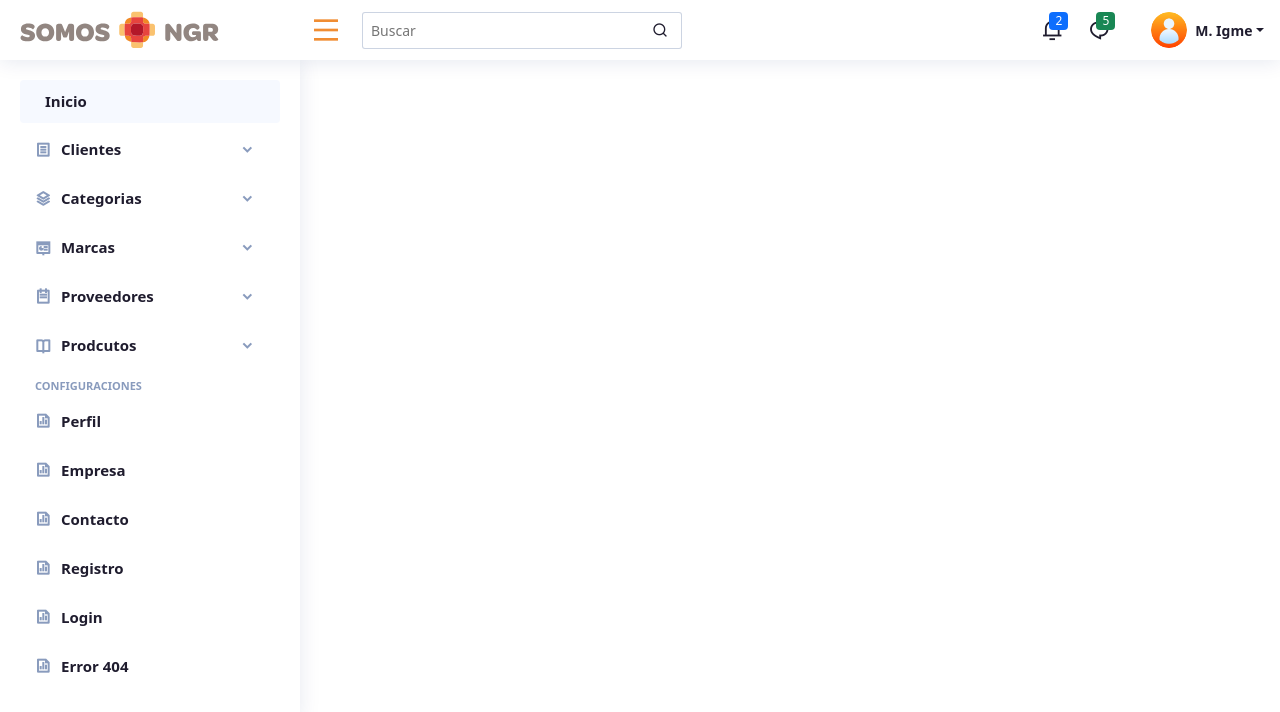
Repository: igmeMarcial/ProyectoLP-2023
Page: http://localhost/proyectoLP_2023/Main.jsp
These files come from the project's save history. The page is drawn as it stood at one moment and after the next save; the edit follows.
The browser window is 1280 px wide. The pictures show the whole page.
The page is served by Tomcat 9.

Above is the page before, as saved 2023-03-18 20:01:47.

After the next save:
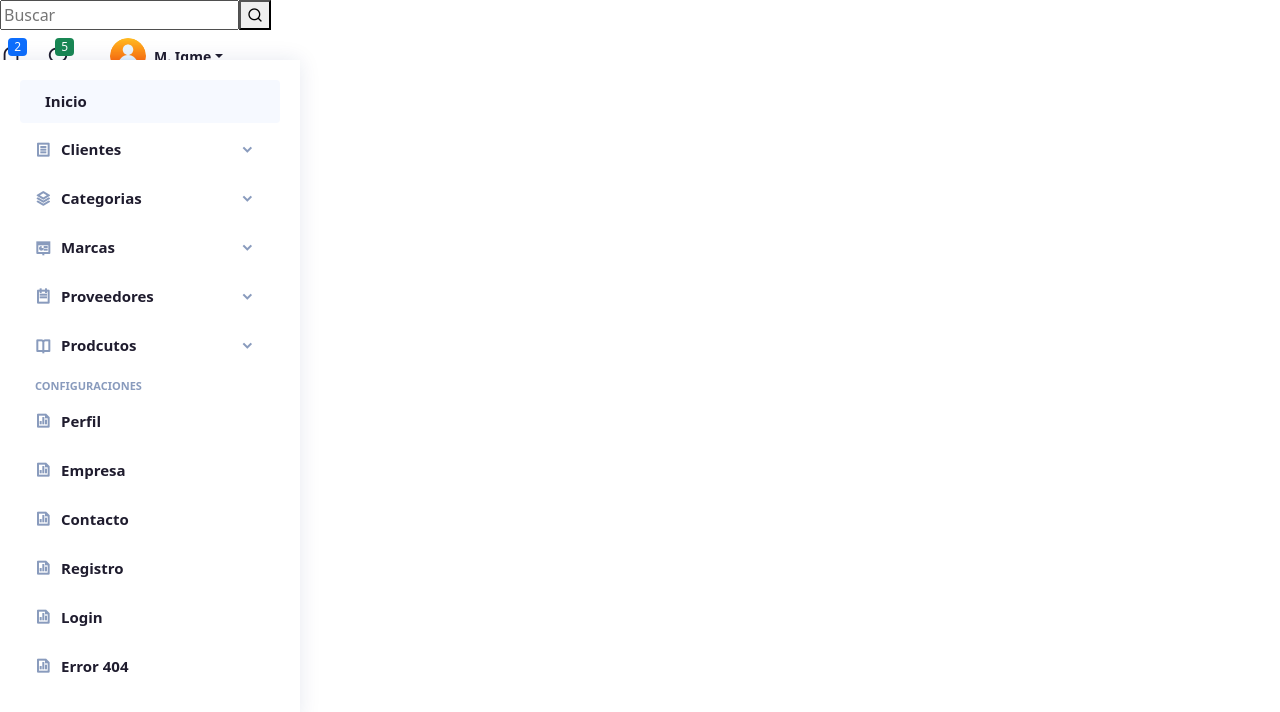
Saved 104 s later.
--- a/proyectoLP_2023/WebContent/Main.jsp
+++ b/proyectoLP_2023/WebContent/Main.jsp
@@ -16,6 +16,7 @@
 </head>
 <body>
 	 <!-- ======= Header(Cabezera) ======= -->
+	 <!--
 <header id="header" class="header fixed-top d-flex align-items-center">
 
     <div class="d-flex align-items-center justify-content-between">
@@ -137,6 +138,7 @@
     </nav><!-- Final Icons Navigation -->
 
 </header>
+-->
 <!-- Final Header -->
 <aside id="sidebar" class="sidebar">
 
@@ -316,7 +318,8 @@
       </li>
     </ul>
 
-</aside><!-- Final Sidebar-->
+</aside>
+<!-- Final Sidebar-->
    <!-- ======= Contenido principal======= -->
    <!--
 <main id="main" class="main main-principal">
